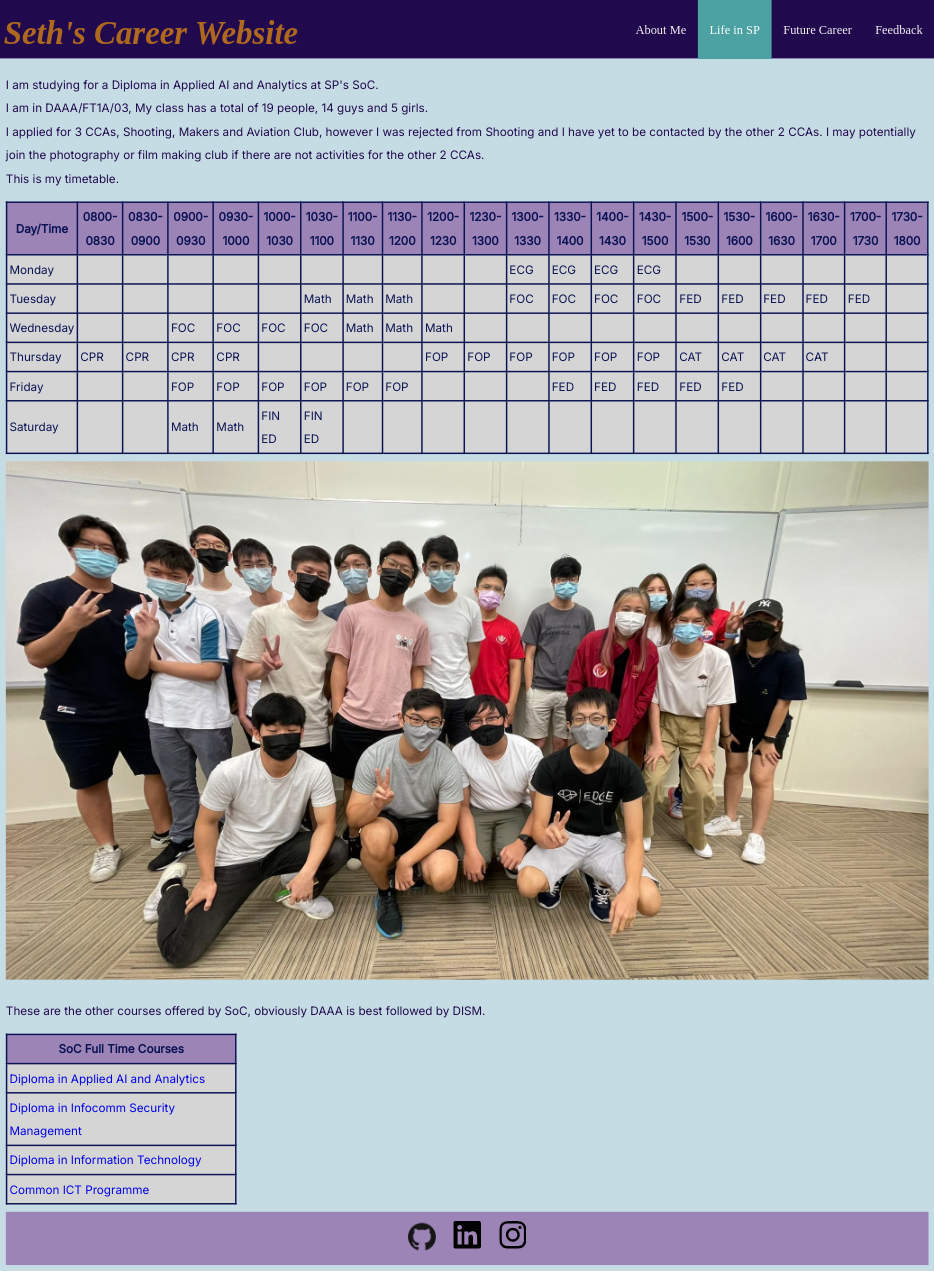
Repository: idkSeth/SP-FED-Website
Page: life.html
The author's editor kept a record of every edit. The page is drawn from the files as they stood at one moment, then again after the next edit.
The browser window is 1280 px wide. The pictures show the whole page, at 73% of full size.
Some web fonts or font styles are not loaded; a fallback is used.

Above is the page before.

### life.html
<!DOCTYPE html>
<html lang="en">
<head>
    <title>Seth's Career Website</title>
    <link rel="icon" type="image" href="/images/favicon.png">
    <meta charset="UTF-8">
    <script src="scripts.js"></script>
    <noscript>Your browser does not support JavaScript! Please use a browser that supports JavaScript.</noscript>
    <link rel="preconnect" href="https://fonts.googleapis.com">
    <link rel="preconnect" href="https://fonts.gstatic.com" crossorigin>
    <link href="https://fonts.googleapis.com/css2?family=ZCOOL+QingKe+HuangYou&display=swap" rel="stylesheet">
    <link href="https://fonts.googleapis.com/css2?family=Inter&family=Open+Sans&display=swap" rel="stylesheet">
    <link rel="stylesheet" href="styles.css">
</head>

<body>
    <header>
        <a class="awesome" href="index.html">Seth's Career Website</a>
        <div class="topnav">
            <a href="index.html">About Me</a>
            <a class="current" href="life.html">Life in SP</a>
            <a href="future.html">Future Career</a>
            <a href="feedback.html">Feedback</a>
        </div>
    </header>

    <div>
        <p>
            I am studying for a Diploma in Applied AI and Analytics at SP's SoC. <br>
            I am in DAAA/FT1A/03, My class has a total of 19 people, 14 guys and 5 girls. <br>
            I applied for 3 CCAs, Shooting, Makers and Aviation Club, however I was rejected from Shooting and I have yet to be contacted by the other 2 CCAs.
            I may potentially join the photography or film making club if there are not activities for the other 2 CCAs.

            <br> This is my timetable.
        </p>
    </div>


    <table class="timetable">
        <thead>
            <tr>
                <th>Day/Time</th>
                <th>0800-0830</th>
                <th>0830-0900</th>
                <th>0900-0930</th>
                <th>0930-1000</th>
                <th>1000-1030</th>
                <th>1030-1100</th>
                <th>1100-1130</th>
                <th>1130-1200</th>
                <th>1200-1230</th>
                <th>1230-1300</th>
                <th>1300-1330</th>
                <th>1330-1400</th>
                <th>1400-1430</th>
                <th>1430-1500</th>
                <th>1500-1530</th>
                <th>1530-1600</th>
                <th>1600-1630</th>
                <th>1630-1700</th>
                <th>1700-1730</th>
                <th>1730-1800</th>
            </tr>
        </thead>
        <tbody>
          <tr>
            <td>Monday</td>
            <td></td>
            <td></td>
            <td></td>
            <td></td>
            <td></td>
            <td></td>
            <td></td>
            <td></td>
            <td></td>
            <td></td>
            <td>ECG</td>
            <td>ECG</td>
            <td>ECG</td>
            <td>ECG</td>
            <td></td>
            <td></td>
            <td></td>
            <td></td>
            <td></td>
            <td></td>
          </tr>
          <tr>
            <td>Tuesday</td>
            <td></td>
            <td></td>
            <td></td>
            <td></td>
            <td></td>
            <td>Math</td>
            <td>Math</td>
            <td>Math</td>
            <td></td>
            <td></td>
            <td>FOC</td>
            <td>FOC</td>
            <td>FOC</td>
            <td>FOC</td>
            <td>FED</td>
            <td>FED</td>
            <td>FED</td>
            <td>FED</td>
            <td>FED</td>
            <td></td>
          </tr>
          <tr>
            <td>Wednesday</td>
            <td></td>
            <td></td>
            <td>FOC</td>
            <td>FOC</td>
            <td>FOC</td>
            <td>FOC</td>
            <td>Math</td>
            <td>Math</td>
            <td>Math</td>
            <td></td>
            <td></td>
            <td></td>
            <td></td>
            <td></td>
            <td></td>
            <td></td>
            <td></td>
            <td></td>
            <td></td>
            <td></td>
          </tr>
          <tr>
            <td>Thursday</td>
            <td>CPR</td>
            <td>CPR</td>
            <td>CPR</td>
            <td>CPR</td>
            <td></td>
            <td></td>
            <td></td>
            <td></td>
            <td>FOP</td>
            <td>FOP</td>
            <td>FOP</td>
            <td>FOP</td>
            <td>FOP</td>
            <td>FOP</td>
            <td>CAT</td>
            <td>CAT</td>
            <td>CAT</td>
            <td>CAT</td>
            <td></td>
            <td></td>
          </tr>
          <tr>
            <td>Friday</td>
            <td></td>
            <td></td>
            <td>FOP</td>
            <td>FOP</td>
            <td>FOP</td>
            <td>FOP</td>
            <td>FOP</td>
            <td>FOP</td>
            <td></td>
            <td></td>
            <td></td>
            <td>FED</td>
            <td>FED</td>
            <td>FED</td>
            <td>FED</td>
            <td>FED</td>
            <td></td>
            <td></td>
            <td></td>
            <td></td>
          </tr>
          <tr>
            <td>Saturday</td>
            <td></td>
            <td></td>
            <td>Math</td>
            <td>Math</td>
            <td>FIN ED</td>
            <td>FIN ED</td>
            <td></td>
            <td></td>
            <td></td>
            <td></td>
            <td></td>
            <td></td>
            <td></td>
            <td></td>
            <td></td>
            <td></td>
            <td></td>
            <td></td>
            <td></td>
            <td></td>
          </tr>
      </tbody>
    </table>


    <img src="images/class.jpeg" alt="My Class">

    <p>
        These are the other courses offered by SoC, obviously DAAA is best followed by DISM.
    </p>

    <div>
        <table class="courses">
            <thead>
                <tr>
                    <th>SoC Full Time Courses</th>
                </tr>
            </thead>

            <tbody>
                <tr>
                    <td>
                        <a href="https://www.sp.edu.sg/soc/courses/full-time-diplomas/applied-AI-and-analytics">Diploma in Applied AI and Analytics</a>
                    </td>
                </tr>
                <tr>
                    <td>
                        <a href="https://www.sp.edu.sg/soc/courses/full-time-diplomas/infocomm-security-management">Diploma in Infocomm Security Management</a>
                    </td>
                </tr>
                <tr>
                    <td>
                        <a href="https://www.sp.edu.sg/soc/courses/full-time-diplomas/information-technology">Diploma in Information Technology</a>
                    </td>
                </tr>
                <tr>
                    <td>
                        <a href="https://www.sp.edu.sg/soc/courses/full-time-diplomas/common-ict-programme">Common ICT Programme</a>
                    </td>
                </tr>
            </tbody>
        </table>
    </div>

    <footer>
        <div id="social">
            <a href="https://github.com/idkSeth" target="_blank" rel="noopener"><img src="images/icons/GitHub-Mark-120px-plus.png" alt="GitHub"></a>
            <a href="https://www.linkedin.com/in/seth-yong-00672b229/" target="_blank" rel="noopener"><img src="/images/icons/linkedin-brands.svg" alt="LinkedIn"></a>
            <a href="https://www.instagram.com/ds047_seth" target="_blank" rel="noopener"><img src="/images/icons/instagram-brands.svg" alt="Instagram"></a>
        </div>
    </footer>

</body>

### styles.css
body {
    background-color:  #C6DCE4;
    margin-top: 100px;
    padding: 0;
    font-family: 'Inter', sans-serif;
    font-weight: normal;
    line-height: 2;
}

#about {
    align-content: center;
    margin: auto;
    padding: auto;
    text-align: center;
    top: 50%;
    text-align: left;
    margin: auto;
    width: 100%;
    height: 100%;
}

#social {
  text-align: center;
  width: 100%;
}

#social a img {
  width: 3%;
  padding: 10px;
}

p {
    color:#21094E;
}

img {
  object-fit: contain;
  width: 100%;
  margin: auto;
}

footer {
  background-color: #9D84B7;
  bottom: 0;
  left: 0;
  width: 100%;
  margin: 0;
  padding: 0;
}


header {
  font-family: 'ZCOOL QingKe HuangYou', cursive;
  background-color: #21094E;
  min-width: 100%;
  width: 100%;
  height: 10%;
  left: 0;
  top: 0;
  position: absolute;
  padding-bottom: 8px;
}

header a {
  padding-left: 5px;
}


/* Add a black background color to the top navigation */
.topnav {
  overflow: hidden;
  float: right;
}

/* Style the links inside the navigation bar */
.topnav a {
  float: left;
  color: #f2f2f2;
  text-align: center;
  padding: calc(10% - 19px) 16px;
  text-decoration: none;
  font-size: 17px;
}

/* Change the color of links on hover */
.topnav a:hover {
  background-color: #ddd;
  color: black;
}

/* Highlight current page */
.topnav .current {
  background-color: #4CA1A3;
  color: white;
}

a {
  text-decoration: None;
}

.awesome {
    font-family: futura;
    font-style: italic;
    color: #313131;
    font-size: 45px;
    font-weight: bold;
    -webkit-animation: colorchange 20s infinite alternate;
  }

  @-webkit-keyframes colorchange {
    0% {
      color: blue;
    }
    10% {
      color: #8e44ad;
    }
    20% {
      color: #1abc9c;
    }
    30% {
      color: #d35400;
    }
    40% {
      color: blue;
    }
    50% {
      color: #34495e;
    }
    60% {
      color: blue;
    }
    70% {
      color: #2980b9;
    }
    80% {
      color: #f1c40f;
    }
    90% {
      color: #2980b9;
    }
    100% {
      color: pink;
    }
  }

input[type=text], input[type=email] {
  width: 100%;
  padding: 12px 20px;
  margin: 8px 0;
  box-sizing: border-box;
}

input[type=text]:focus, input[type=email]:focus {
  border: 3px solid #555;
}

input[type=button], input[type=submit], input[type=reset] {
  background-color: #04AA6D;
  border: none;
  color: white;
  padding: 16px 32px;
  text-decoration: none;
  margin: 4px 2px;
  cursor: pointer;
}

.timetable {
  width: 100%;
  background-color: #d5d5d5;
  border-collapse: collapse;
  border-width: 2px;
  border-color: #091353;
  border-style: solid;
  color: #091353;
  margin-bottom: 10px;
}

table td, table th {
  border-width: 2px;
  border-color: #091353;
  border-style: solid;
  padding: 3px;
}

table thead {
  background-color: #9d84b7;
}

.courses {
  width: 25%;
  background-color: #d5d5d5;
  border-collapse: collapse;
  border-width: 2px;
  border-color: #091353;
  border-style: solid;
  color: #091353;
  margin-bottom: 10px;
}

Loaded but not shown: scripts.js (no stored copy; drawn as an empty file)

After the next edit:
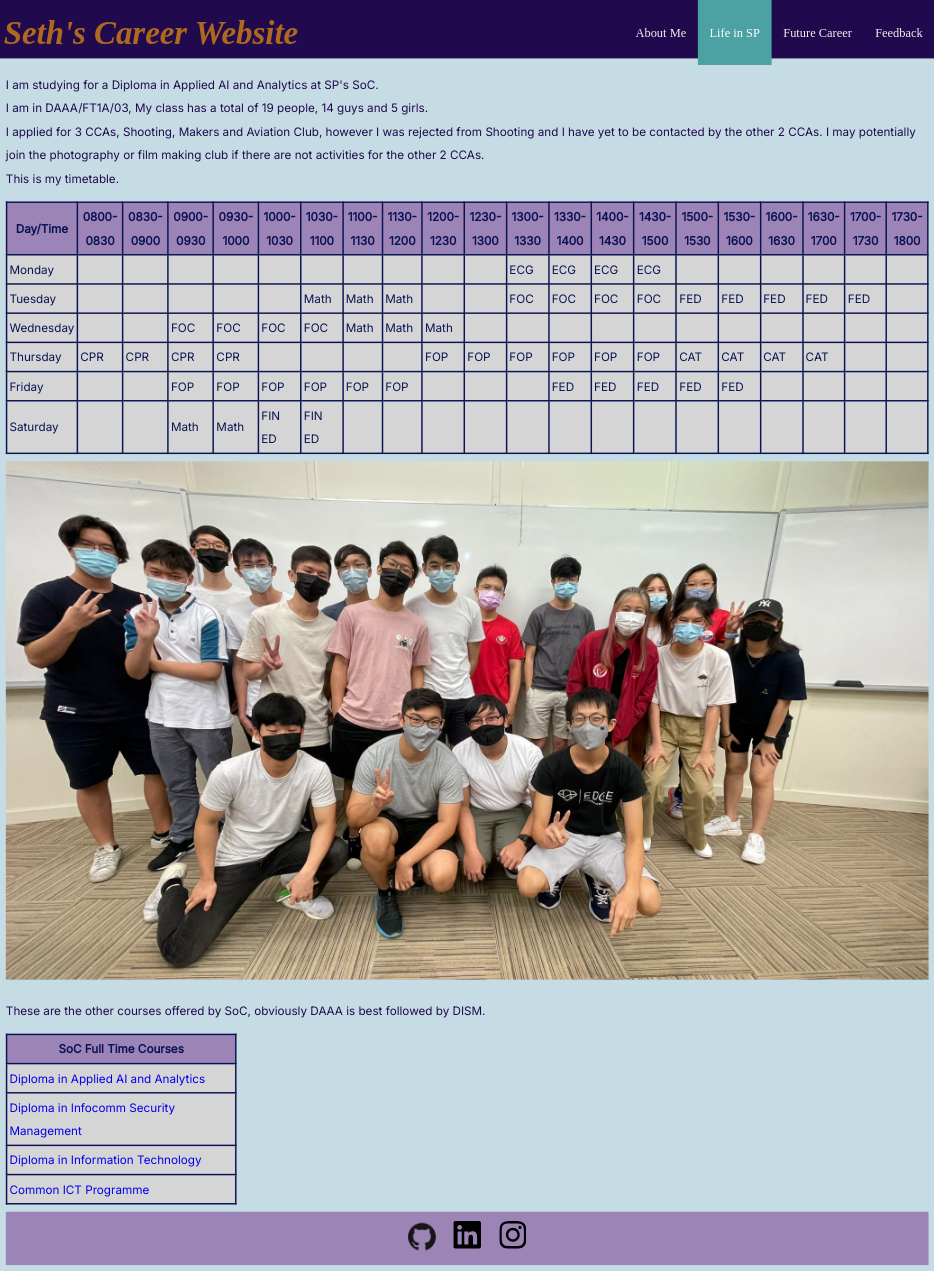
The edit:
--- a/styles.css
+++ b/styles.css
@@ -77,7 +77,7 @@
   float: left;
   color: #f2f2f2;
   text-align: center;
-  padding: calc(10% - 19px) 16px;
+  padding: calc(10% - 19px + 4px) 16px;
   text-decoration: none;
   font-size: 17px;
 }
